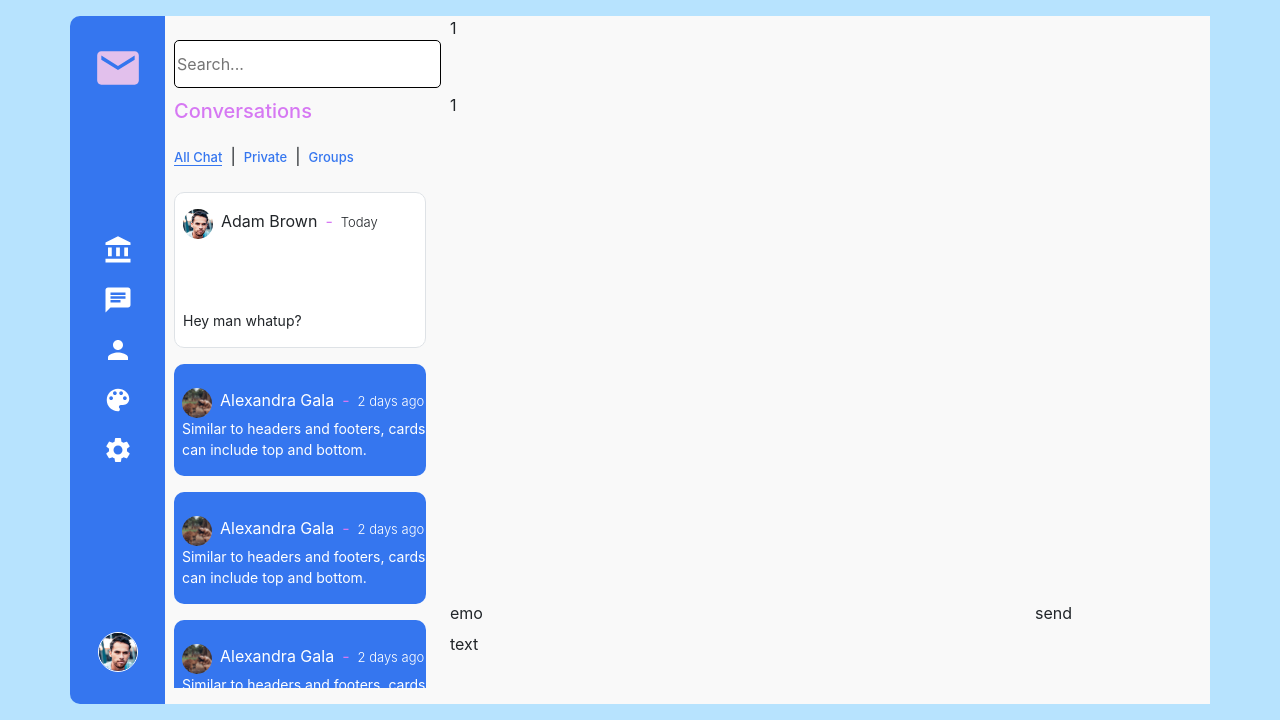
Repository: arafat877/super-chat
Page: /
An editor plug-in stored every save of this project. The page is shown before and after the next save, followed by the edit.
The browser window is 1280 px wide. The pictures show the whole page.
The project was rebuilt for these pictures with package versions that can differ from the ones it lists, and the page was loaded fresh each time.

Above is the page before, as saved 2020-08-07 01:04:03.

After the next save:
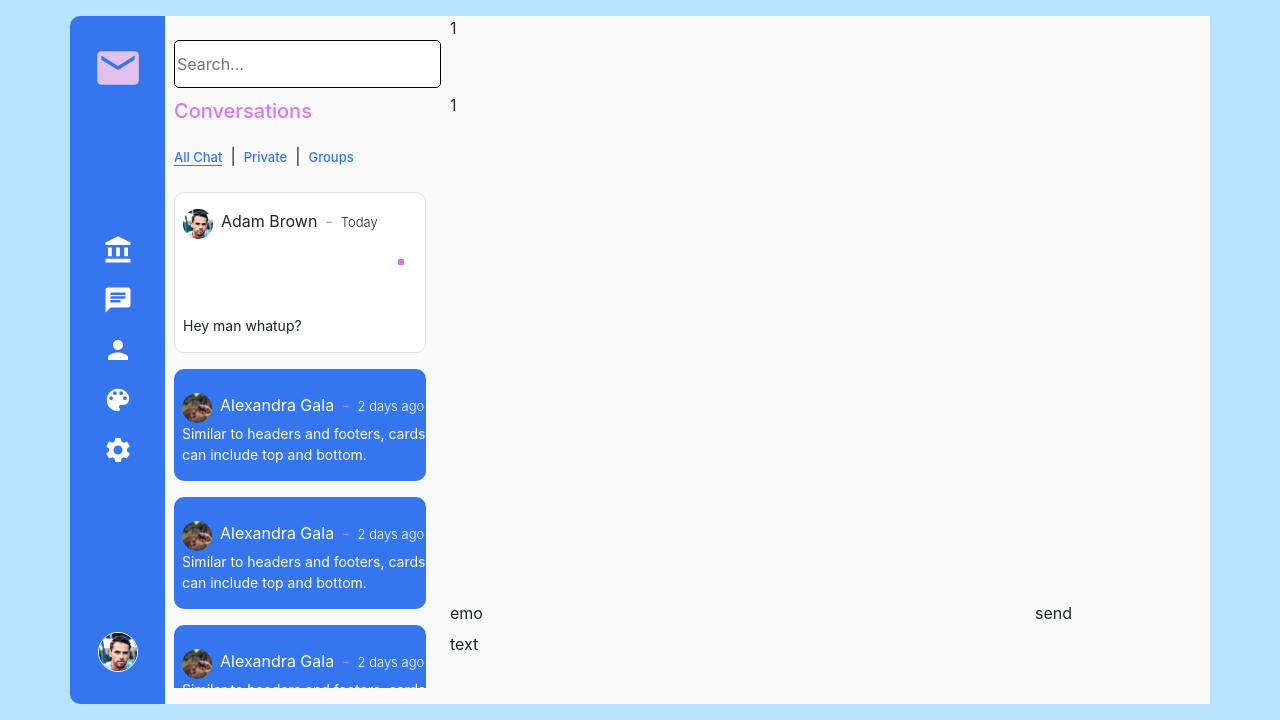
Saved 19 s later.
--- a/src/App.scss
+++ b/src/App.scss
@@ -130,9 +130,10 @@
           }
 
           .hr {
+            border: solid;
             border-color: rgb(214, 120, 243);
             margin-top: 50px;
- margin-bottom: 50px;
+            margin-bottom: 50px;
           }
 
           .text {
